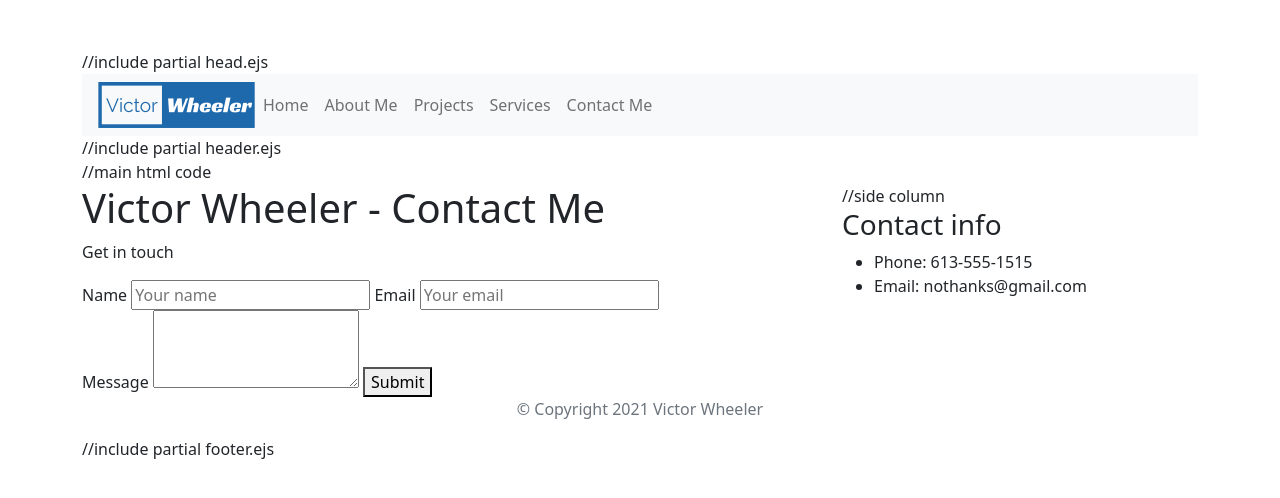
Repository: VictorWheeler/COMP_229_301167760
Page: http://localhost/contact
The author's editor kept a copy of each file at every save. The page is drawn from the files as they stood at one save, then again after the next save.
The browser window is 1280 px wide. The pictures show the whole page.
The page is served by the project's Node server (server.js).

Above is the page before, as saved 2021-10-01 10:25:28.

### Express-Portfolio-Site/views/pages/contact.ejs
<%#
//contact.ejs
//Victor Wheeler
//301167760
//10/1/2021
%>
<!DOCTYPE html>
<html lang="en">
<head>
  <%- include('../partials/head'); %>         //include partial head.ejs
</head>
<body class="container">

<header>
  <%- include('../partials/header'); %>         //include partial header.ejs
</header>

<main>                                                //main html code
<div class="row">
  <div class="col-sm-8">
    <div class="jumbotron">
      <h1>Victor Wheeler - Contact Me</h1>
      <p>Get in touch</p>


<form action="/contact" id="contact-form" method="post" role="form">
  <fieldset>
    <label for="name">Name</label>
    <input
      id="name"
      name="name"
      type="text"
      placeholder="Your name"
      required>

    <label for="email">Email</label>
    <input
      id="email"
      name="email"
      type="text"
      placeholder="Your email"
      required>
<br>
    <label for="message">Message</label>
    <textarea
      id="message"
      name="message"
      placeholder="Enter your message here"
      rows="3"
      required>
    </textarea>

    <button onclick="location.href='/'">Submit</button>
  </fieldset>
</form>




    </div>
  </div>

  <div class="col-sm-4">        //side column
    <div class="well">
      <h3>Contact info</h3>
      <ul>
      <li>Phone: 613-555-1515</li>
      <li>Email: nothanks@gmail.com</li>
      </ul>
    </div>
  </div>
</div>
</main>

<footer>
  <%- include('../partials/footer'); %>         //include partial footer.ejs
</footer>

</body>
</html>

### Express-Portfolio-Site/views/partials/head.ejs
<%#
//head.ejs
//Victor Wheeler
//301167760
//10/1/2021
%>
<meta charset="UTF-8">
<title>Victor Wheeler</title>

<!-- CSS (load bootstrap from a CDN) -->
<link rel="stylesheet" href="/css/bootstrap.min.css">    <%#Twitter bootstrap as requested%>
<style>
  body { padding-top:50px; }
</style>

### Express-Portfolio-Site/views/partials/header.ejs
<%#
//header.ejs
//Victor Wheeler
//301167760
//10/1/2021


//Partial for headers
//includes logo and navigation
%>
<nav class="navbar navbar-expand-lg navbar-light bg-light">
  <a class="navbar-brand"></a><img class="logo" src="/images/vw_logo.png" width="157" height="46" alt="why">
   <ul class="navbar-nav mr-auto">
    <li class="nav-item">
      <a class="nav-link" href="/">Home</a>
    </li>
    <li class="nav-item">
      <a class="nav-link" href="/about">About Me</a>
    </li>
    <li class="nav-item">
      <a class="nav-link" href="/projects">Projects</a>
    </li>
    <li class="nav-item">
      <a class="nav-link" href="/services">Services</a>
    </li>
    <li class="nav-item">
      <a class="nav-link" href="/contact">Contact Me</a>
    </li>
  </ul>
</nav>

### Express-Portfolio-Site/views/partials/footer.ejs
<%#
//footer.ejs
//Victor Wheeler
//301167760
//10/1/2021
%>
<p class="text-center text-muted">&copy; Copyright 2021 Victor Wheeler</p>

### Express-Portfolio-Site/server.js
//////////////////////////////////////////////////////////
//server.js
//Victor Wheeler
//301167760
//10/1/2021
//////////////////////////////////////////////////////////

//declare variables and constants
var express = require('express');
var app = express();
const bodyParser = require('body-parser')
app.use(bodyParser.urlencoded({extended: true}))
const nodemailer = require('nodemailer')


// set the view engine to ejs
app.set('view engine', 'ejs');

//set public folder as static
app.use(express.static("public"));

// use res.render to load up an ejs view file

// Home page page
app.get('/', function(req, res) {
  res.render('pages/index');
});

// About Me page
app.get('/about', function(req, res) {
  res.render('pages/about');
});

// Projects page
app.get('/projects', function(req, res) {
    res.render('pages/projects');
  });

  // Services page
app.get('/services', function(req, res) {
    res.render('pages/services');
  });

  // Contact Me page
app.get('/contact', function(req, res) {
    res.render('pages/contact');
  });

  // POST route from contact form
app.post('/contact', (req, res) => {
  })

  //set listening port and log to console
app.listen(3000);
console.log('Server is listening on port 3000');

Loaded but not shown: Express-Portfolio-Site/public/css/bootstrap.min.css (library)

After the next save:
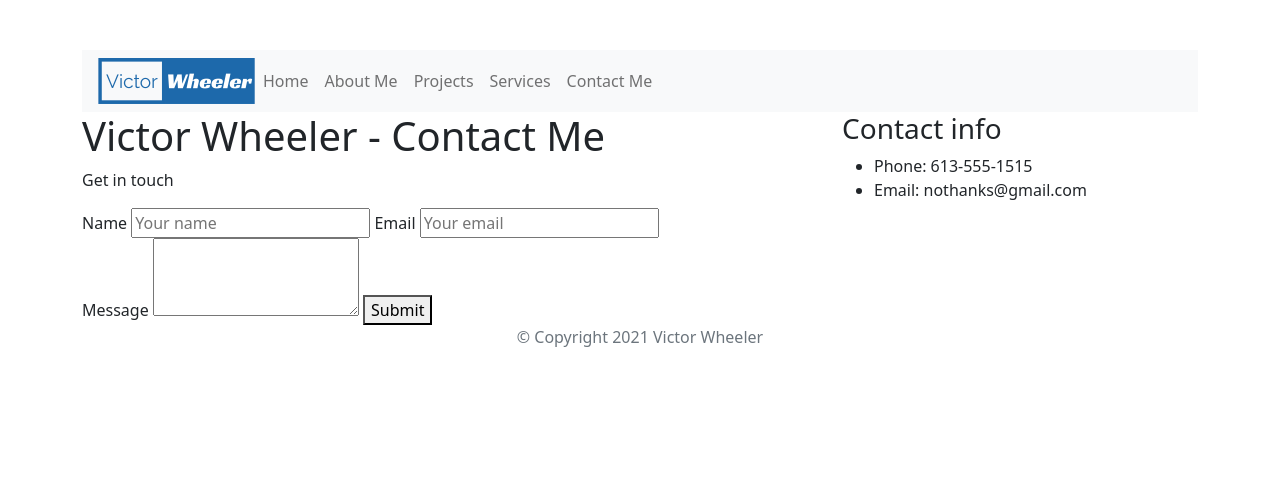
Saved 56 s later.
--- a/Express-Portfolio-Site/views/pages/contact.ejs
+++ b/Express-Portfolio-Site/views/pages/contact.ejs
@@ -7,15 +7,15 @@
 <!DOCTYPE html>
 <html lang="en">
 <head>
-  <%- include('../partials/head'); %>         //include partial head.ejs
+  <%- include('../partials/head'); %>         <%#include partial head.ejs%>
 </head>
 <body class="container">
 
 <header>
-  <%- include('../partials/header'); %>         //include partial header.ejs
+  <%- include('../partials/header'); %>         <%#include partial header.ejs%>
 </header>
 
-<main>                                                //main html code
+<main>                                                <%#main html code%>
 <div class="row">
   <div class="col-sm-8">
     <div class="jumbotron">
@@ -60,7 +60,7 @@
     </div>
   </div>
 
-  <div class="col-sm-4">        //side column
+  <div class="col-sm-4">       <%#side column%>
     <div class="well">
       <h3>Contact info</h3>
       <ul>
@@ -73,7 +73,7 @@
 </main>
 
 <footer>
-  <%- include('../partials/footer'); %>         //include partial footer.ejs
+  <%- include('../partials/footer'); %>        <%#include partial footer.ejs%>
 </footer>
 
 </body>
